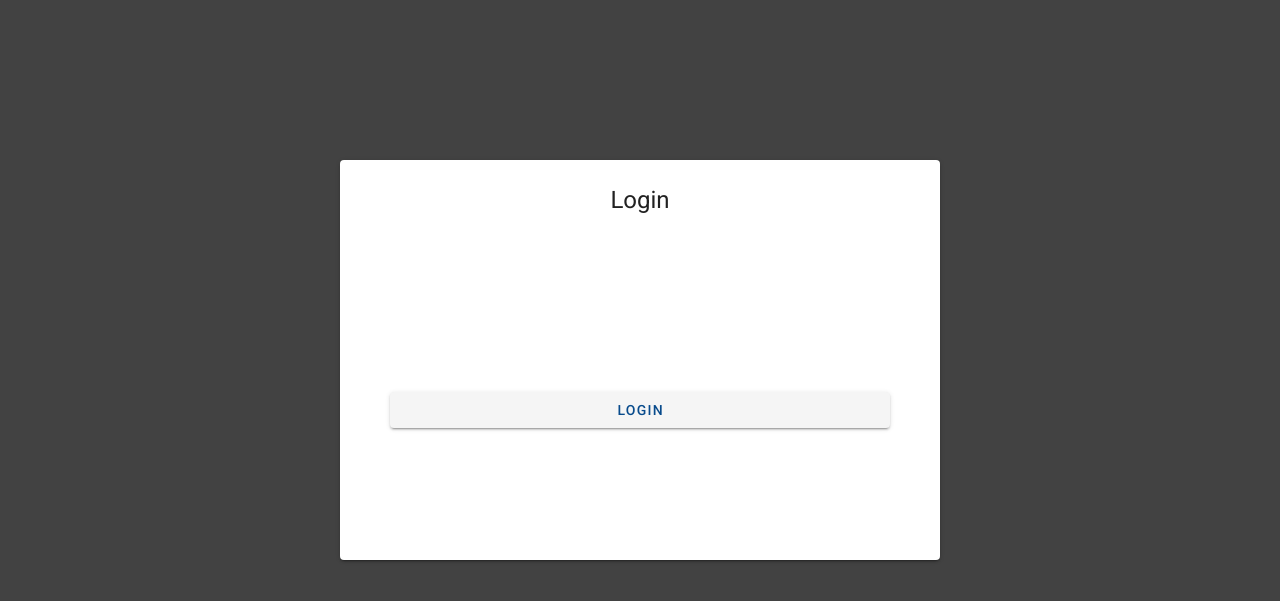
Repository: Grace229/Login
Page: /
An editor plug-in stored every save of this project. The page is shown before and after the next save, followed by the edit.
The browser window is 1280 px wide. The pictures show the whole page.
The project was rebuilt for these pictures with package versions that can differ from the ones it lists, and the page was loaded fresh each time. Also part of the build but not shown: vue.config.js. Imported but missing from the stored project, and not drawn on this page: src/views/About.vue.

Above is the page before, as saved 2021-02-15 16:47:45.

### src/App.vue
<template>
  <v-app>
    <v-main><router-view></router-view> </v-main>
  </v-app>
</template>

<script>
export default {
  name: "App",

  components: {},

  data: () => ({
    //
  }),
};
</script>

### src/plugins/vuetify.js
import Vue from "vue";
import Vuetify from "vuetify/lib/framework";

Vue.use(Vuetify);

export default new Vuetify({
  theme: {
    options: {
      customProperties: true,
    },
    themes: {
      light: {
        primary: "#084b8c",
        secondary: "#424242",
        accent: "#82B1FF",
        error: "#FF5252",
        info: "#2196F3",
        success: "#4CAF50",
        warning: "#FFC107",
      },
    },
  },
});

### src/views/Home.vue
<template>
  <main
    style="min-height:100vh"
    class="secondary fill-height white--text d-flex flex-column justify-center pa-4"
  >
    <v-container>
      <v-card class="mx-auto" max-width="600" height="400">
        <header>
          <div class="headline text-center pt-6">
            Login
          </div>
        </header>
        <div class="pt-5 mx-auto" style="width: 500px;">
          <form v-on:submit.prevent="login()">
            <div>
              <v-text-field
                dark
                label="E-mail Address"
                v-model="email"
                :rules="[rules.required, rules.email]"
              />
            </div>
            <div>
              <v-text-field
                dark
                v-model="password"
                :rules="[rules.required]"
                label="Password"
                :type="showPassword ? 'text' : 'password'"
              >
                <v-btn
                  text
                  small
                  slot="append"
                  @click="showPassword = !showPassword"
                  class="transparent text-capitalize"
                  :append-icon="showPassword ? 'mdi-eye' : 'mdi-eye-off'"
                ></v-btn>
              </v-text-field>
              <div class="pt-4">
                <v-btn block class="primary--text" type="submit">Login</v-btn>
              </div>
            </div>
          </form>
        </div>
      </v-card>
    </v-container>
  </main>
</template>

<script>
import axios from "axios";
import router from "../router";
export default {
  data() {
    return {
      email: "",
      password: "",
      FORM: {},
      showPassword: false,
      rules: {
        required: (value) => !!value || "Required.",
        counter: (value) => value.length <= 20 || "Max 20 characters",
        email: (value) => {
          const pattern = /^(([^<>()[\]\\.,;:\s@"]+(\.[^<>()[\]\\.,;:\s@"]+)*)|(".+"))@((\[[0-9]{1,3}\.[0-9]{1,3}\.[0-9]{1,3}\.[0-9]{1,3}])|(([a-zA-Z\-0-9]+\.)+[a-zA-Z]{2,}))$/;
          return pattern.test(value) || "Invalid e-mail.";
        },
      },
    };
  },
  methods: {
    login() {
      axios
        .post("https://login-api-grace.herokuapp.com/api/v1/auth/login", {
          email: this.email,
          password: this.password,
        })
        .then(() => {
          router.push({ name: "Profile" });
        })
        .catch((err) => {
          console.log(err);
        });
    },
  },
};
</script>

Loaded but not shown: public/index.html (common file); src/main.js (common file); src/router/index.js (common file); src/store/index.js (common file)

After the next save:
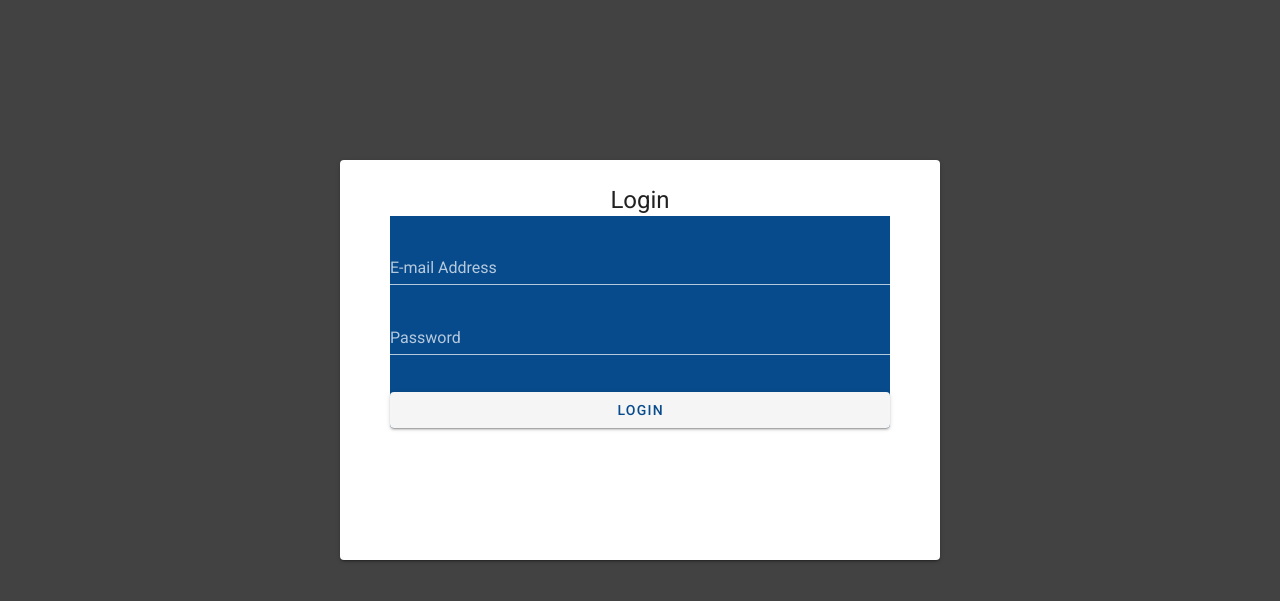
Saved 39 s later.
--- a/src/views/Home.vue
+++ b/src/views/Home.vue
@@ -10,7 +10,7 @@
             Login
           </div>
         </header>
-        <div class="pt-5 mx-auto" style="width: 500px;">
+        <div class="pt-5 mx-auto primary" style="width: 500px;">
           <form v-on:submit.prevent="login()">
             <div>
               <v-text-field
